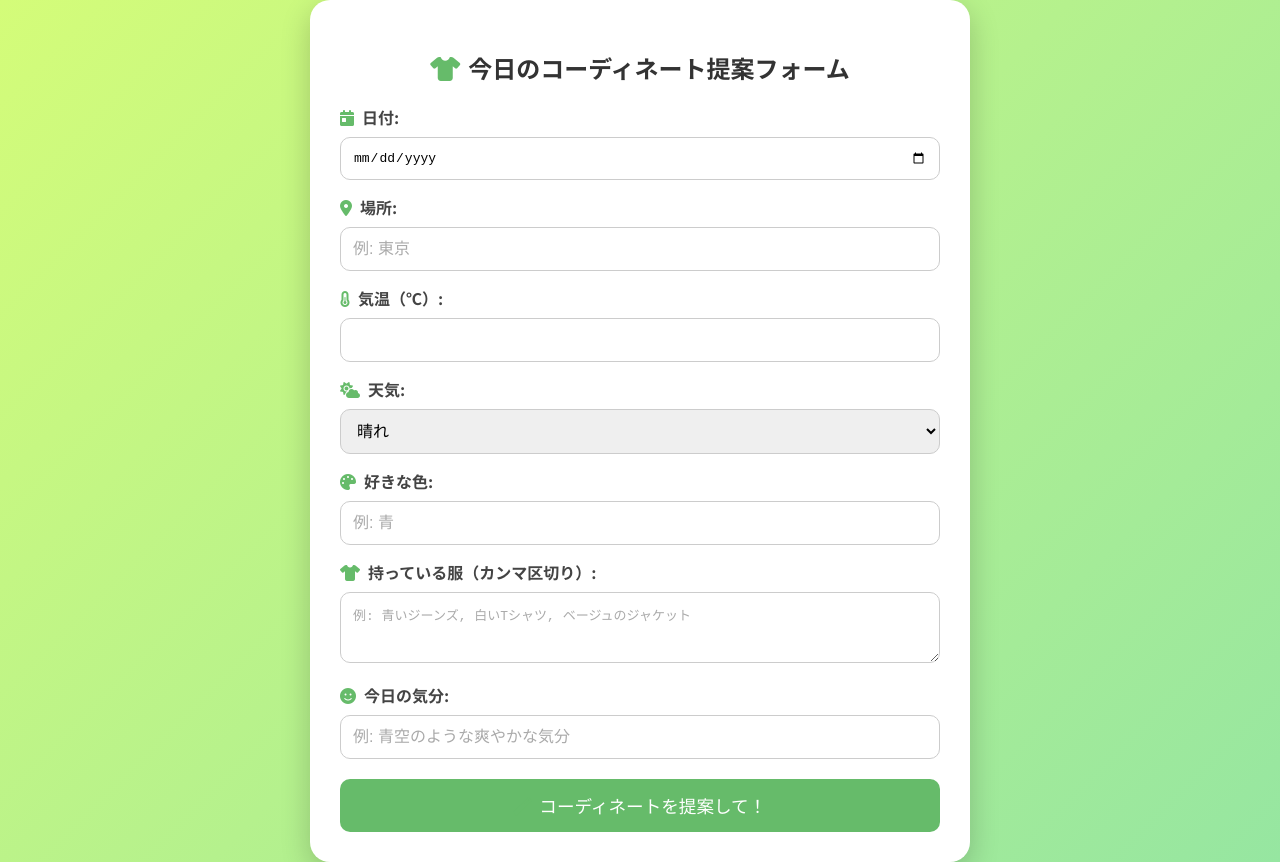
Repository: sgupge2332/cloth
Page: form.html
An editor plug-in stored every save of this project. The page is shown before and after the next save, followed by the edit.
The browser window is 1280 px wide. The pictures show the whole page.

Above is the page before, as saved 2025-04-19 20:35:15.

### form.html
<!DOCTYPE html>
<html lang="ja">
<head>
  <meta charset="UTF-8">
  <title>今日のコーディネート提案</title>
  <link href="https://fonts.googleapis.com/css2?family=Noto+Sans+JP:wght@400;700&display=swap" rel="stylesheet">
  <link rel="stylesheet" href="https://cdnjs.cloudflare.com/ajax/libs/font-awesome/6.5.0/css/all.min.css">
  <style>
    body {
      font-family: 'Noto Sans JP', sans-serif;
      margin: 0;
      padding: 0;
      background: linear-gradient(135deg, #d4fc79, #96e6a1);
      min-height: 100vh;
      display: flex;
      align-items: center;
      justify-content: center;
    }

    h2 {
      text-align: center;
      color: #333;
      margin-bottom: 20px;
    }

    form {
      background: white;
      padding: 30px;
      border-radius: 20px;
      box-shadow: 0 10px 30px rgba(0, 0, 0, 0.2);
      width: 100%;
      max-width: 600px;
      animation: fadeInUp 1s ease forwards;
    }

    @keyframes fadeInUp {
      from {
        transform: translateY(30px);
        opacity: 0;
      }
      to {
        transform: translateY(0);
        opacity: 1;
      }
    }

    label {
      display: block;
      margin-top: 15px;
      font-weight: bold;
      color: #444;
    }

    input, select, textarea {
      width: 100%;
      padding: 12px;
      margin-top: 8px;
      border-radius: 10px;
      border: 1px solid #ccc;
      font-size: 1em;
      box-sizing: border-box;
      transition: 0.3s;
    }

    input:focus, select:focus, textarea:focus {
      outline: none;
      border-color: #66bb6a;
      box-shadow: 0 0 8px rgba(102, 187, 106, 0.5);
    }

    button {
      margin-top: 20px;
      padding: 14px 30px;
      background: #66bb6a;
      color: white;
      font-size: 1.1em;
      border: none;
      border-radius: 10px;
      cursor: pointer;
      transition: background 0.3s ease;
      width: 100%;
    }

    button:hover {
      background: #4caf50;
    }

    .icon {
      margin-right: 8px;
      color: #66bb6a;
    }

    ::placeholder {
      color: #aaa;
    }
  </style>
</head>
<body>
  <form action="/suggest" method="post">
    <h2><i class="fas fa-tshirt icon"></i>今日のコーディネート提案フォーム</h2>

    <label for="date"><i class="fas fa-calendar-day icon"></i>日付:</label>
    <input type="date" id="date" name="date" required>

    <label for="location"><i class="fas fa-map-marker-alt icon"></i>場所:</label>
    <input type="text" id="location" name="location" placeholder="例: 東京" required>

    <label for="temperature"><i class="fas fa-thermometer-half icon"></i>気温（℃）:</label>
    <input type="number" id="temperature" name="temperature" required>

    <label for="weather"><i class="fas fa-cloud-sun icon"></i>天気:</label>
    <select id="weather" name="weather">
      <option value="晴れ">晴れ</option>
      <option value="曇り">曇り</option>
      <option value="雨">雨</option>
      <option value="雪">雪</option>
    </select>

    <label for="favorite_color"><i class="fas fa-palette icon"></i>好きな色:</label>
    <input type="text" id="favorite_color" name="favorite_color" placeholder="例: 青">

    <label for="owned_clothes"><i class="fas fa-shirt icon"></i>持っている服（カンマ区切り）:</label>
    <textarea id="owned_clothes" name="owned_clothes" rows="3" placeholder="例: 青いジーンズ, 白いTシャツ, ベージュのジャケット"></textarea>

    <label for="mood"><i class="fas fa-smile icon"></i>今日の気分:</label>
    <input type="text" id="mood" name="mood" placeholder="例: 青空のような爽やかな気分">

    <button type="submit"><i class="fas fa-magic icon"></i>コーディネートを提案して！</button>
  </form>
</body>
</html>

After the next save:
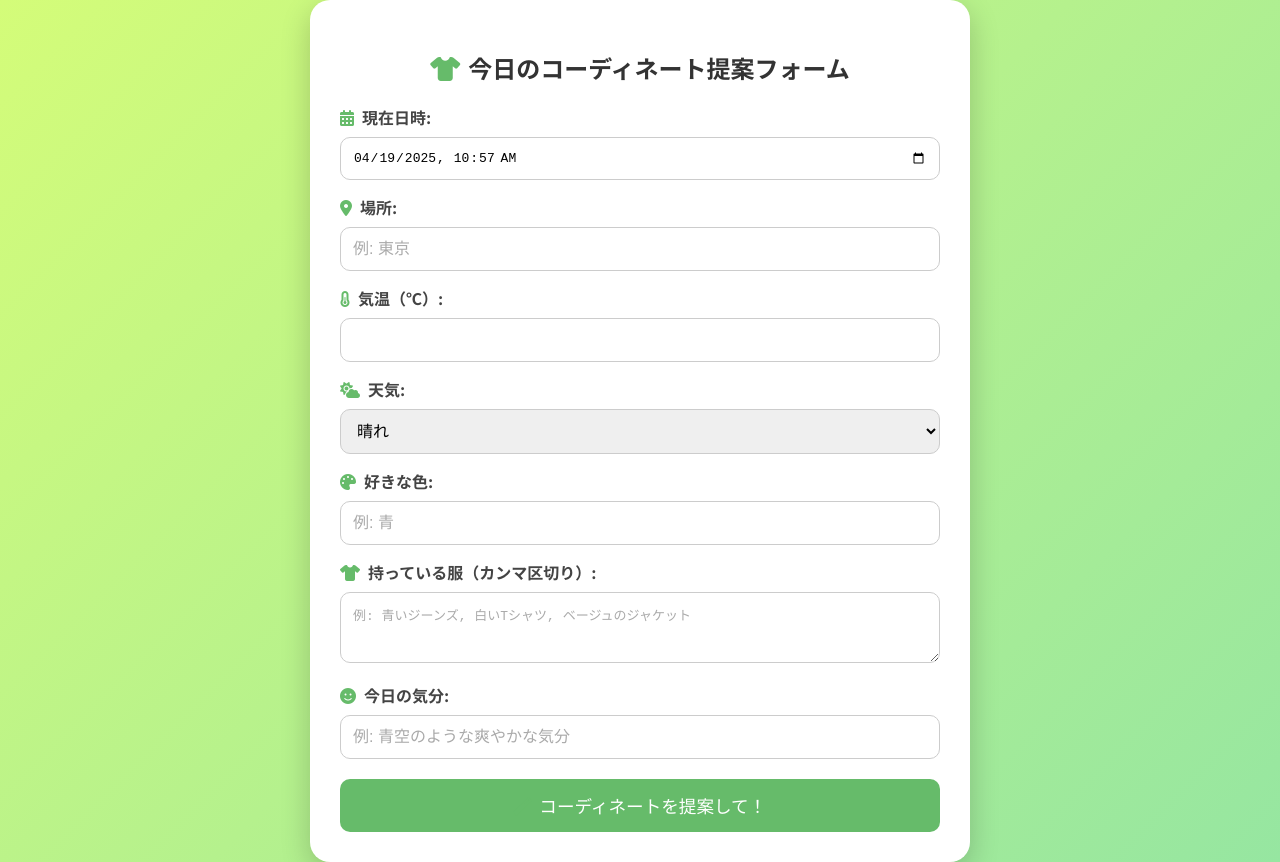
Saved 2 s later.
--- a/form.html
+++ b/form.html
@@ -99,8 +99,8 @@
   <form action="/suggest" method="post">
     <h2><i class="fas fa-tshirt icon"></i>今日のコーディネート提案フォーム</h2>
 
-    <label for="date"><i class="fas fa-calendar-day icon"></i>日付:</label>
-    <input type="date" id="date" name="date" required>
+    <label for="datetime"><i class="fas fa-calendar-alt icon"></i>現在日時:</label>
+    <input type="datetime-local" id="datetime" name="datetime" required>
 
     <label for="location"><i class="fas fa-map-marker-alt icon"></i>場所:</label>
     <input type="text" id="location" name="location" placeholder="例: 東京" required>
@@ -127,5 +127,14 @@
 
     <button type="submit"><i class="fas fa-magic icon"></i>コーディネートを提案して！</button>
   </form>
+
+  <script>
+    // ページ読み込み時に現在日時をセット
+    window.addEventListener('DOMContentLoaded', () => {
+      const now = new Date();
+      now.setMinutes(now.getMinutes() - now.getTimezoneOffset()); // タイムゾーン補正
+      document.getElementById('datetime').value = now.toISOString().slice(0, 16);
+    });
+  </script>
 </body>
 </html>
